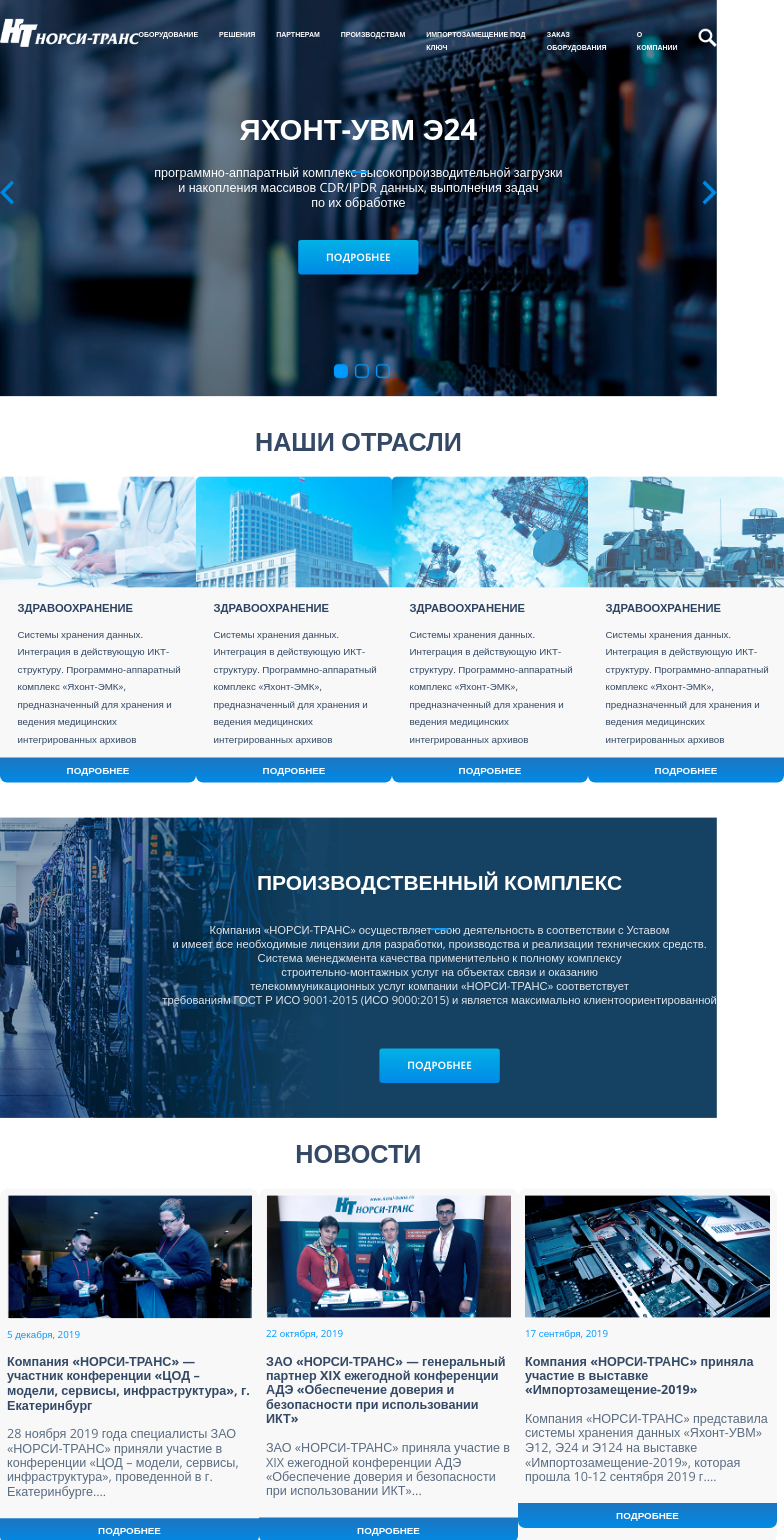
Repository: frostnn/testTaskBurbon
Page: app/index.html
These files come from the project's save history. The page is drawn as it stood at one moment and after the next save; the edit follows.
The browser window is 1024 px wide. The page is 1120 px wide, so the pictures cover 1120 px, including what lies to the right of the window. The pictures show the part of the page from y = 0 to 2200 px (the page is 3433 px tall), at 70% of full size.
The style sheet was rebuilt from its Sass, Less or Tailwind sources for each picture, by a compiler version that may differ from the author's.

Above is the page before, as saved 2020-07-16 10:10:35.

After the next save:
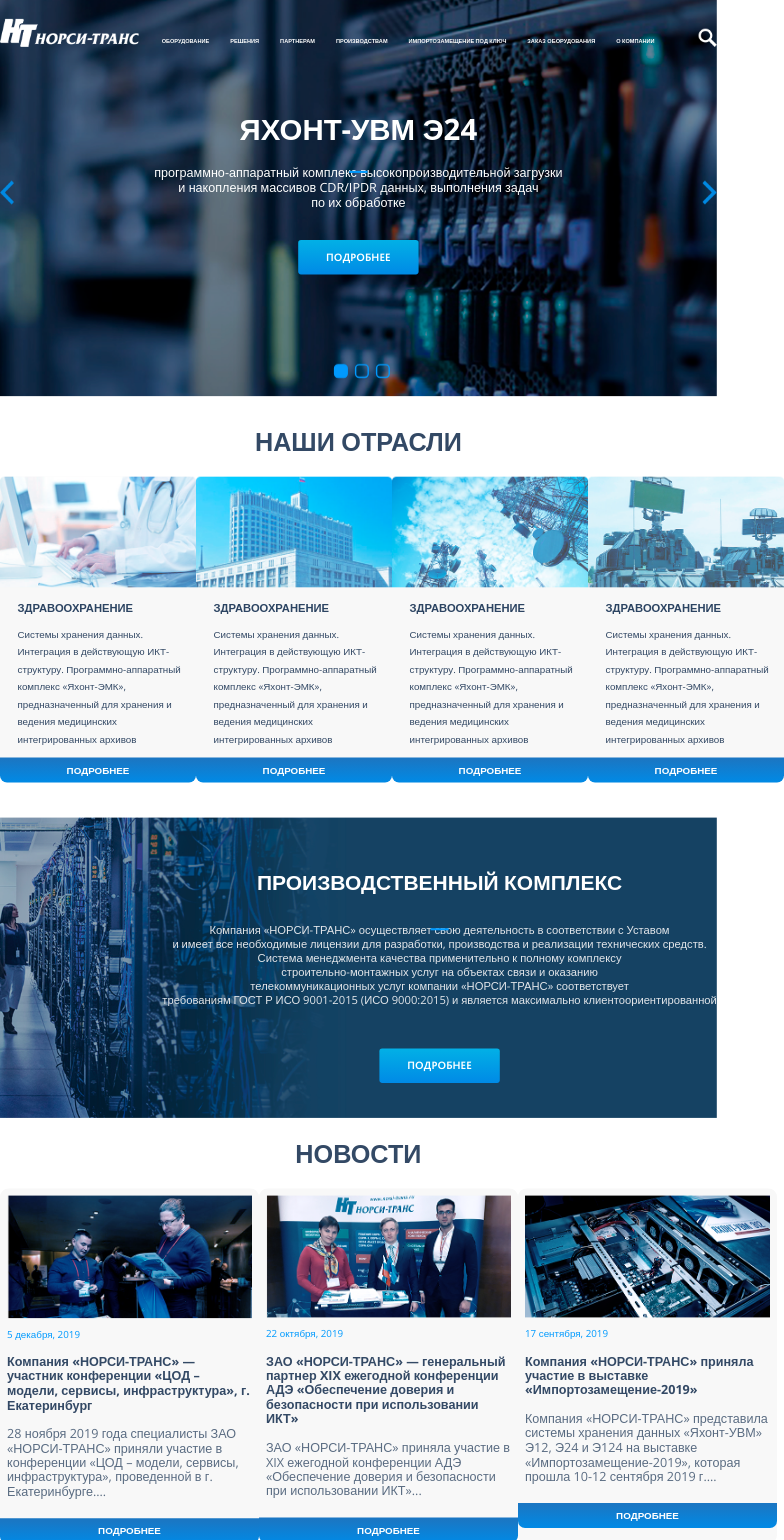
Saved 44 s later.
--- a/app/scss/_media.scss
+++ b/app/scss/_media.scss
@@ -183,7 +183,7 @@
       margin-right: 30px;
     }
     .header-nav__list-link {
-      font-size: 10px;
+      font-size: 8px;
     }
   }
 }

After the save that followed:
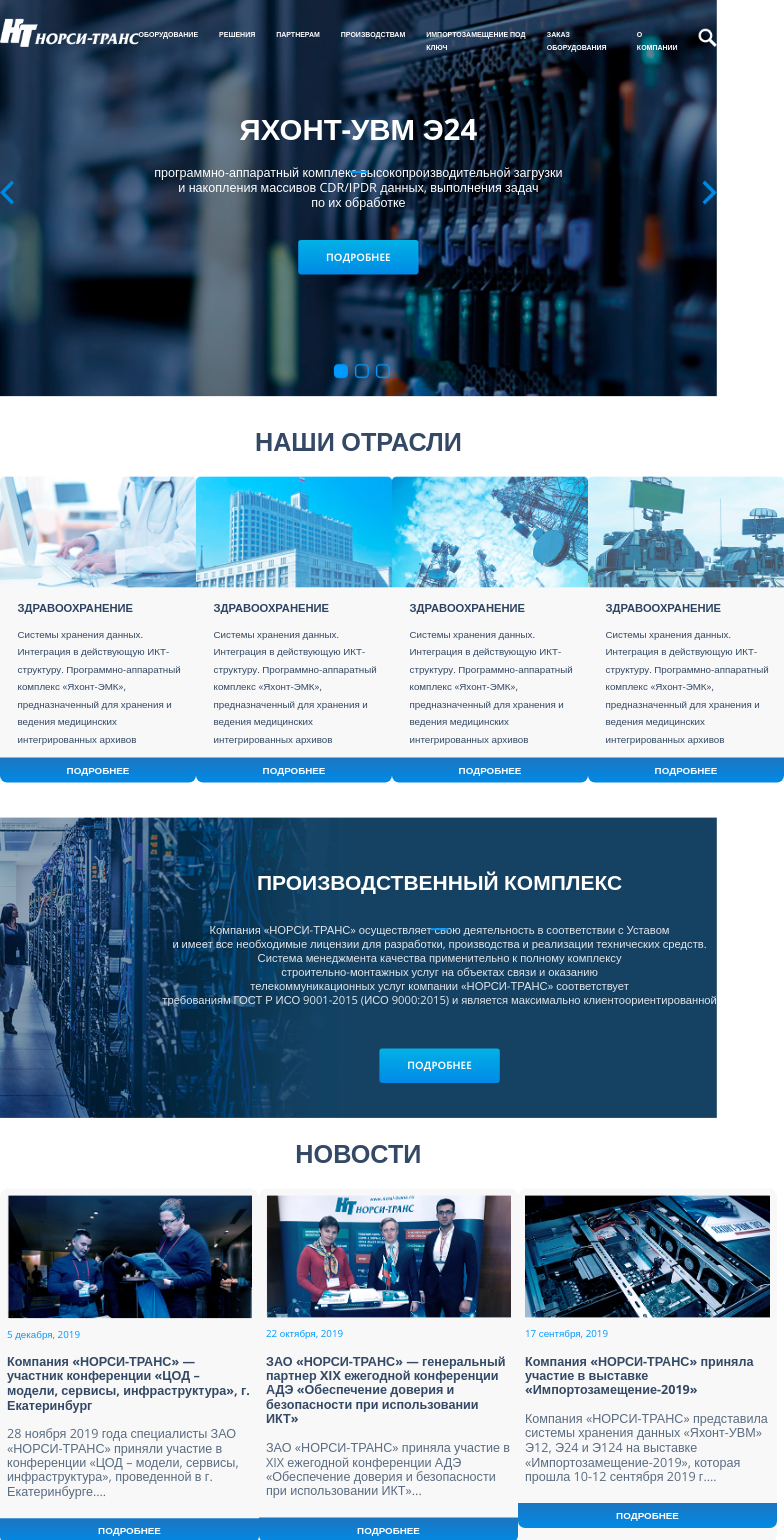
Saved 13 s later.
--- a/app/scss/_media.scss
+++ b/app/scss/_media.scss
@@ -183,7 +183,7 @@
       margin-right: 30px;
     }
     .header-nav__list-link {
-      font-size: 8px;
+      font-size: 10px;
     }
   }
 }
